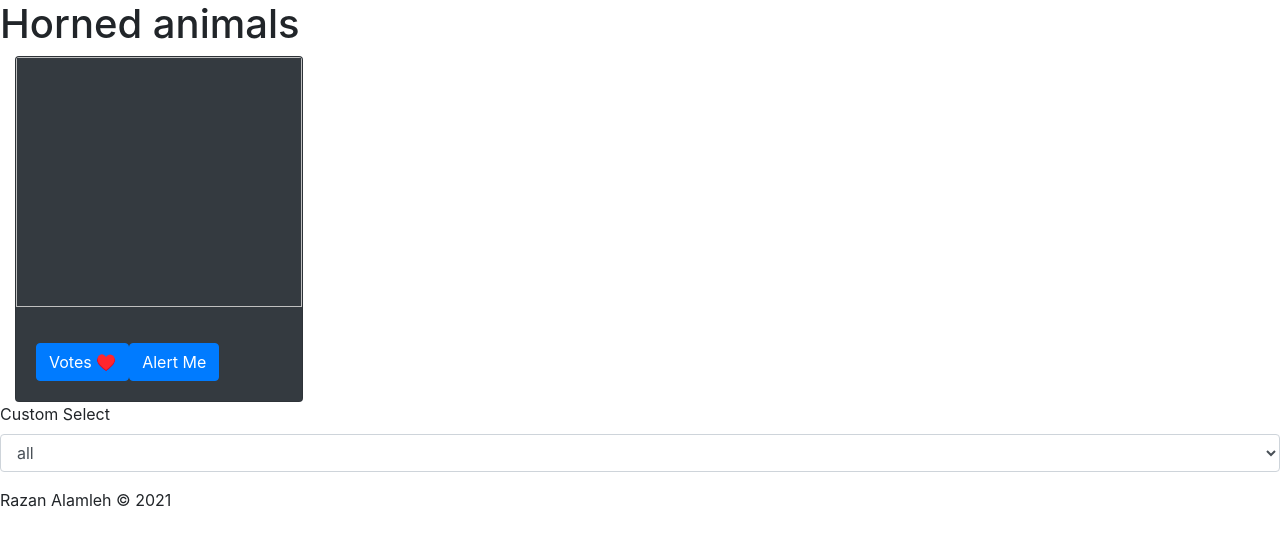
Repository: Razan-am/horned-animals
Page: /
The author's editor kept a copy of each file at every save. The page is drawn from the files as they stood at one save, then again after the next save.
The browser window is 1280 px wide. The pictures show the whole page.
The project was rebuilt for these pictures with package versions that can differ from the ones it lists, and the page was loaded fresh each time.

Above is the page before, as saved 2021-07-03 12:55:19.

After the next save:
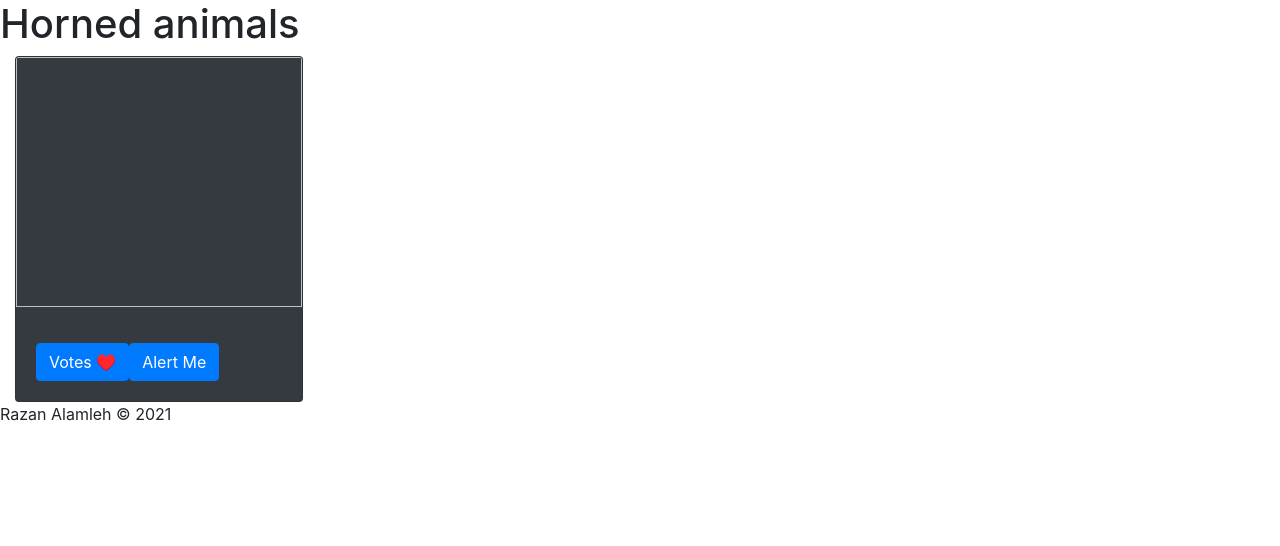
Saved 18 s later.
--- a/src/App.js
+++ b/src/App.js
@@ -3,7 +3,7 @@ import Main from "./Main";
 import Footer from "./Footer";
 import HornedBeasts from "./HornedBeasts";
 import SelectedBeast from "./SelectedBeast";
-import Form from "./FormBeast";
+// import Form from "./FormBeast";
 import 'bootstrap/dist/css/bootstrap.min.css';
 
 
@@ -37,7 +37,7 @@ class App extends Component {
           <Main handelSelect={this.handelSelect} />
           <Main selectedBeast={this.handelShow} data={this.state.hornedData}/>
           <SelectedBeast handelExit={this.handelClose} showData={this.state.show} modalData={this.state.modalData} />
-          <Form />
+          {/* <Form /> */}
           <Footer />
         </div>
       </>
